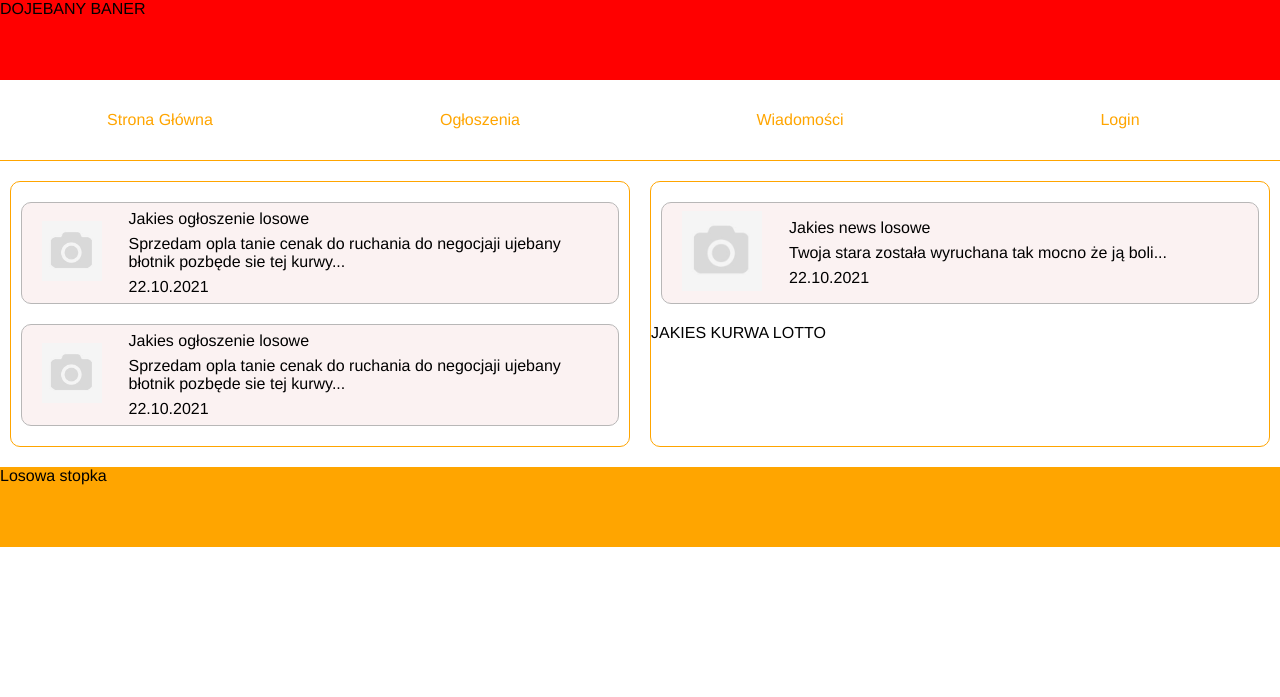
Repository: PatrykStawik/projectppz
Page: /
These files come from the project's save history. The page is drawn as it stood at one moment and after the next save; the edit follows.
The browser window is 1280 px wide. The pictures show the whole page.
The project was rebuilt for these pictures with package versions that can differ from the ones it lists, and the page was loaded fresh each time. The framework's server and built-in components were replaced by stand-ins that run in the browser.

Above is the page before, as saved 2021-05-22 14:13:03.

### pages/_app.tsx
import React from 'react';
import type { AppProps } from 'next/app';
import { GlobalStyle } from '../styles/globalStyles';
import { Header } from '../components/Header';
import { Footer } from '../components/Footer'

function MyApp({ Component, pageProps }: AppProps) {
  return (
    <>
      <GlobalStyle />
      <Header/>
        <Component {...pageProps} />
      <Footer/>
    </>
  );
}

// eslint-disable-next-line import/no-default-export
export default MyApp;

### pages/_document.tsx
import React from 'react';
import Document, { DocumentContext, DocumentInitialProps } from 'next/document';
import { ServerStyleSheet } from 'styled-components';

class MyDocument extends Document {
  static async getInitialProps(ctx: DocumentContext): Promise<DocumentInitialProps> {
    const sheet = new ServerStyleSheet();
    const originalRenderPage = ctx.renderPage;

    try {
      ctx.renderPage = () =>
        originalRenderPage({
          enhanceApp: App => props => sheet.collectStyles(<App {...props} />),
        });

      const initialProps = await Document.getInitialProps(ctx);
      return {
        ...initialProps,
        styles: (
          <>
            {initialProps.styles}
            {sheet.getStyleElement()}
          </>
        ),
      };
    } finally {
      sheet.seal();
    }
  }
}

// eslint-disable-next-line import/no-default-export
export default MyDocument;

### pages/index.tsx
import React from 'react';
import { IndexPage } from '../components/IndexPage';

const index = () => <IndexPage />;

// eslint-disable-next-line import/no-default-export
export default index;

### styles/globalStyles.ts
import { createGlobalStyle } from 'styled-components';

export const GlobalStyle = createGlobalStyle`
  body {
    margin: 0;
    padding: 0;
    font-family: Open-Sans, Helvetica, Sans-Serif;
  }
`;

### components/IndexPage/index.tsx
export { IndexPage } from './IndexPage';

### components/Header/Header.tsx
import React from 'react';
import styled from 'styled-components';
import { colors } from '../../styles/colors';
import { centerText, setFlex } from '../../styles/functions';
import { NextLink } from '../common/NextLink';

const Wrapper = styled.header`
  .baner {
    height: 80px;
    background-color: ${colors.red};
  }
  .menu {
    ${setFlex('column')}
    height: 80px;
    border-bottom: 1px solid ${colors.orange};
    .menuItem {
      flex: 1;
      height: 100%;
      ${centerText(80)};
      background-color: ${colors.white};
      color: ${colors.orange};
      cursor: pointer;
      transition: .5s all;
      &:hover{
        font-weight: bold;
      }
    }
  }
`;

const data = [
  { title: 'Strona Główna', href: '/' },
  { title: 'Ogłoszenia', href: '/ogloszenia' },
  { title: 'Wiadomości', href: '/wiadomosci' },
  { title: 'Login', href: '/login' },
];

export const Header = () => {
  return (
    <Wrapper>
      <div className="baner">DOJEBANY BANER</div>
      <div className="menu">
        {data.map(({ title, href }) => (
          <NextLink href={href} key={title}>
            <div className="menuItem">{title}</div>
          </NextLink>
        ))}
      </div>
    </Wrapper>
  );
};

### components/Footer/Footer.tsx
import React from 'react';
import styled from 'styled-components';
import { colors } from '../../styles/colors';

const Wrapper = styled.footer`
    height: 80px;
    background-color: ${colors.orange};
    position: absolute;
    width: 100%;
    bo
`;

export const Footer = () => {
  return (
    <Wrapper>
      Losowa stopka
    </Wrapper>
  );
};

### components/IndexPage/IndexPage.tsx
import React from 'react';
import styled from 'styled-components';
import { Bar } from '../common/Bar';
import { setFlex } from '../../styles/functions';
import { colors } from '../../styles/colors';

const Wrapper = styled.div`
  ${setFlex()};
  .advertisement {
  }
  .container {
    flex: 1;
    border: 1px solid ${colors.orange};
    border-radius: 10px;
    margin: 20px 10px;
  }
`;

export const IndexPage = () => {
  return (
    <Wrapper>
      <div className="advertisement container">
        <Bar
          title="Jakies ogłoszenie losowe"
          content="Sprzedam opla tanie cenak do ruchania do negocjaji ujebany błotnik pozbęde sie tej kurwy"
          date="22.10.2021"
        />
        <Bar
          title="Jakies ogłoszenie losowe"
          content="Sprzedam opla tanie cenak do ruchania do negocjaji ujebany błotnik pozbęde sie tej kurwy"
          date="22.10.2021"
        />
      </div>
      <div className="container">
        <div className="news">
          <Bar
            title="Jakies news losowe"
            content="Twoja stara została wyruchana tak mocno że ją boli"
            date="22.10.2021"
          />
        </div>
        <div className="lotto">JAKIES KURWA LOTTO</div>
      </div>
    </Wrapper>
  );
};

### styles/colors.ts
export const colors = {
  white: "white",
  black: "black",
  red: "red",
  orange: "orange",
  gray: "#b8b7b7",
  pink: "rgba(166,2,2,.05)"
}

### styles/functions.ts
export const centerText = (height: number) => {
  return `text-align: center;
  line-height: ${height}px`
}

export const setFlex = (type: "row" | "column" = "row") => {
  return `display: flex; flex-direction: ${type}`
}

### components/common/NextLink/index.tsx
export { NextLink } from './NextLink';

### components/common/Bar/index.tsx
export { Bar } from './Bar';

### components/common/NextLink/NextLink.tsx
import React from 'react';
import Link from 'next/link';
import styled from 'styled-components';
import { colors } from '../../../styles/colors';

const StyledLink = styled.a`
  color: ${colors.black};
  text-decoration: none;
  width: 100%;
`;

interface Props {
  href: string;
}

export const NextLink: React.FC<Props> = ({ children, href }) => {
  return (
    <Link href={href}>
      <StyledLink>{children}</StyledLink>
    </Link>
  );
};

### components/common/Bar/Bar.tsx
import React from 'react';
import Image from 'next/image';
import styled from 'styled-components';
import { setFlex } from '../../../styles/functions';
import { colors } from '../../../styles/colors';

interface Props {
  title: string;
  content: string;
  date: string;
}

const Wrapper = styled.div`
  height: 100px;
  border: 1px solid ${colors.gray};
  border-radius: 10px;
  margin: 20px 10px;
  background-color: ${colors.pink};
  ${setFlex()};
  align-items: center;
  .img{
    margin-left: 20px;
  }
  .body{
    margin-left: 20px;
    p{
      margin: 7px;
    }
  }
`;

const picture = { src: '/default.jpg', alt: 'picture', width: 80, height: 80 };

export const Bar = ({ title, content, date }: Props) => {
  return (
    <Wrapper>
      <div className="img"><Image {...picture} /></div>
      <div className="body">
        <p>{title}</p>
        <p>{content.slice(0, 100)}...</p>
        <p>{date}</p>
      </div>
    </Wrapper>
  );
};

Loaded but not shown: components/Header/index.tsx (common file); components/Footer/index.tsx (common file)

After the next save:
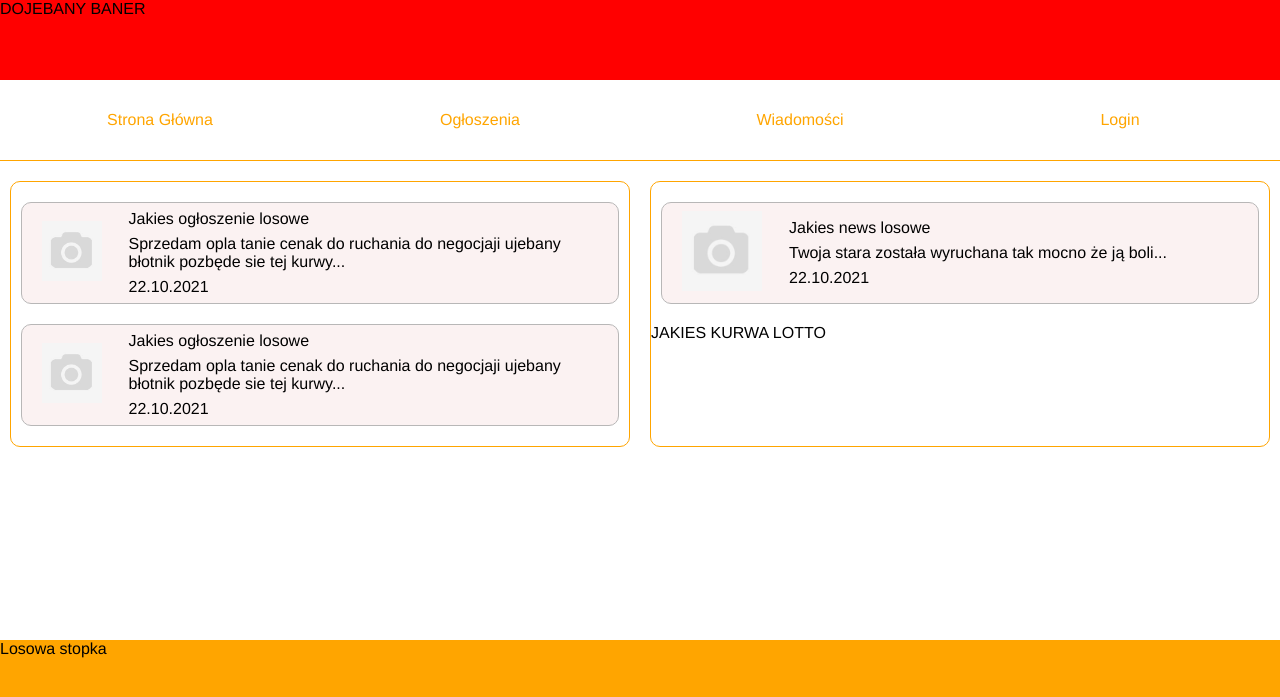
Saved 4 s later.
--- a/components/Footer/Footer.tsx
+++ b/components/Footer/Footer.tsx
@@ -7,7 +7,7 @@ const Wrapper = styled.footer`
     background-color: ${colors.orange};
     position: absolute;
     width: 100%;
-    bo
+    bottom: 0;
 `;
 
 export const Footer = () => {
